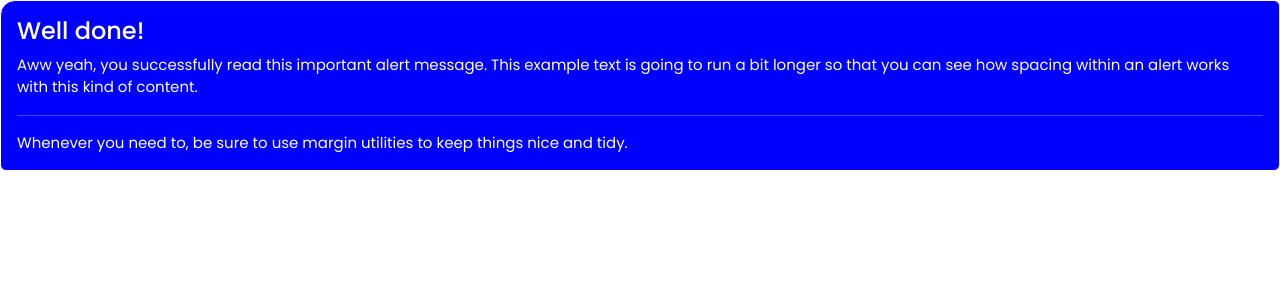
Repository: isaacCodes1/My-Project
Page: alert.html
These files come from the project's save history. The page is drawn as it stood at one moment and after the next save; the edit follows.
The browser window is 1280 px wide. The pictures show the whole page.

Above is the page before, as saved 2024-03-21 15:30:58.

After the next save:
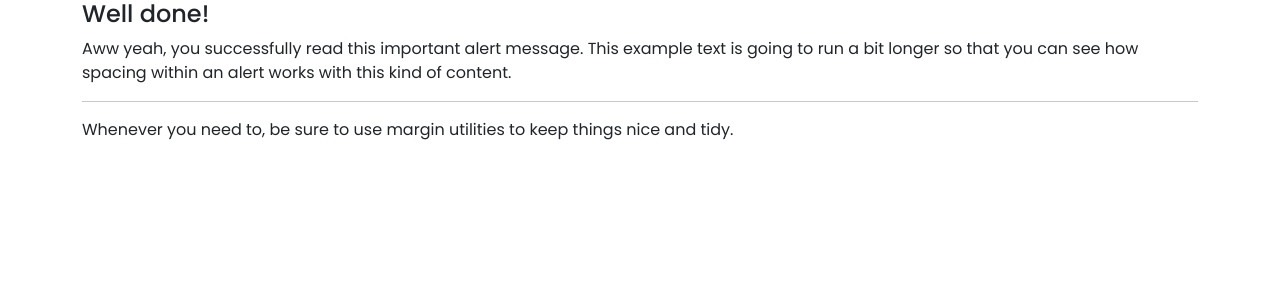
Saved 12 s later.
--- a/alert.html
+++ b/alert.html
@@ -18,7 +18,7 @@
     <title>Document</title>
   </head>
   <body>
-    <div class="alert alert-success" role="alert">
+    <div class=" container  alert-success" role="alert">
       <h4 class="alert-heading">Well done!</h4>
       <p>
         Aww yeah, you successfully read this important alert message. This
